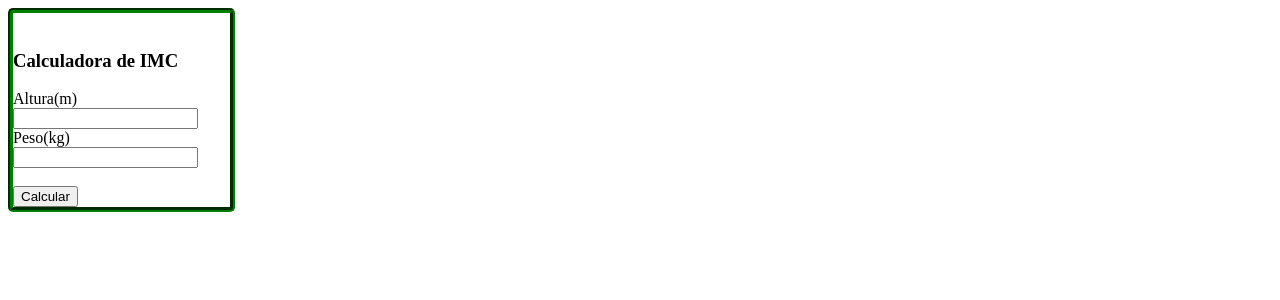
Repository: Patriciamativi/Projetos
Page: index.html
The author's editor kept a copy of each file at every save. The page is drawn from the files as they stood at one save, then again after the next save.
The browser window is 1280 px wide. The pictures show the whole page.

Above is the page before, as saved 2022-11-21 14:52:03.

### index.html
<html>
    <head>
        <title>Calculadora de IMC</title>
        <meta charset="utf-8"/>

        <style type="text/css">

            p {
                border: 5px groove green;
                border-radius: 5px;
                width: 217px;
            }
            td {

                background-color: rgb(20, 172, 151);
            }

        </style>
    </head>
   <p>
<table border="0">
    <body>
         <tr>
            <br> <h3>Calculadora de IMC</h3>

            Altura(m)<br/>
            <input type: "number" > </br>

            Peso(kg)<br/>
            <input type: "number" > </br></br>

            <input type= "submit" value="Calcular"> </td> </tr>

    </table>
</p>
</body>
</html>

After the next save:
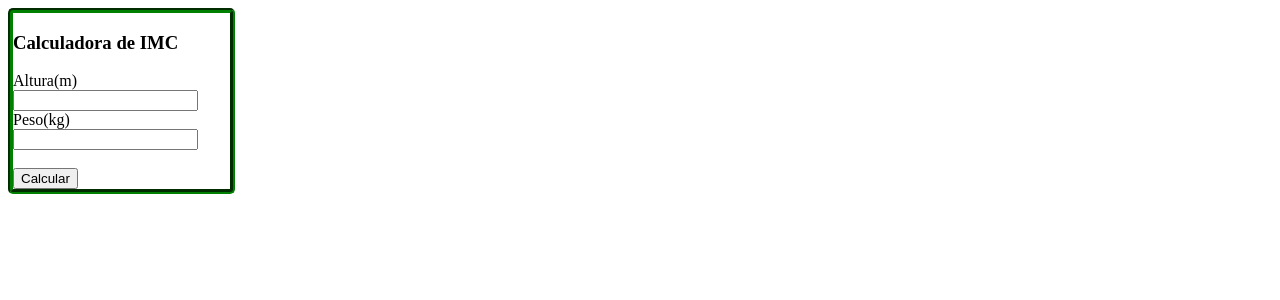
Saved 31 s later.
--- a/index.html
+++ b/index.html
@@ -21,10 +21,10 @@
 <table border="0">
     <body>
          <tr>
-            <br> <h3>Calculadora de IMC</h3>
+            <tr> <h3>Calculadora de IMC</h3>
 
             Altura(m)<br/>
-            <input type: "number" > </br>
+            <input type: "number" > </tr>
 
             Peso(kg)<br/>
             <input type: "number" > </br></br>
